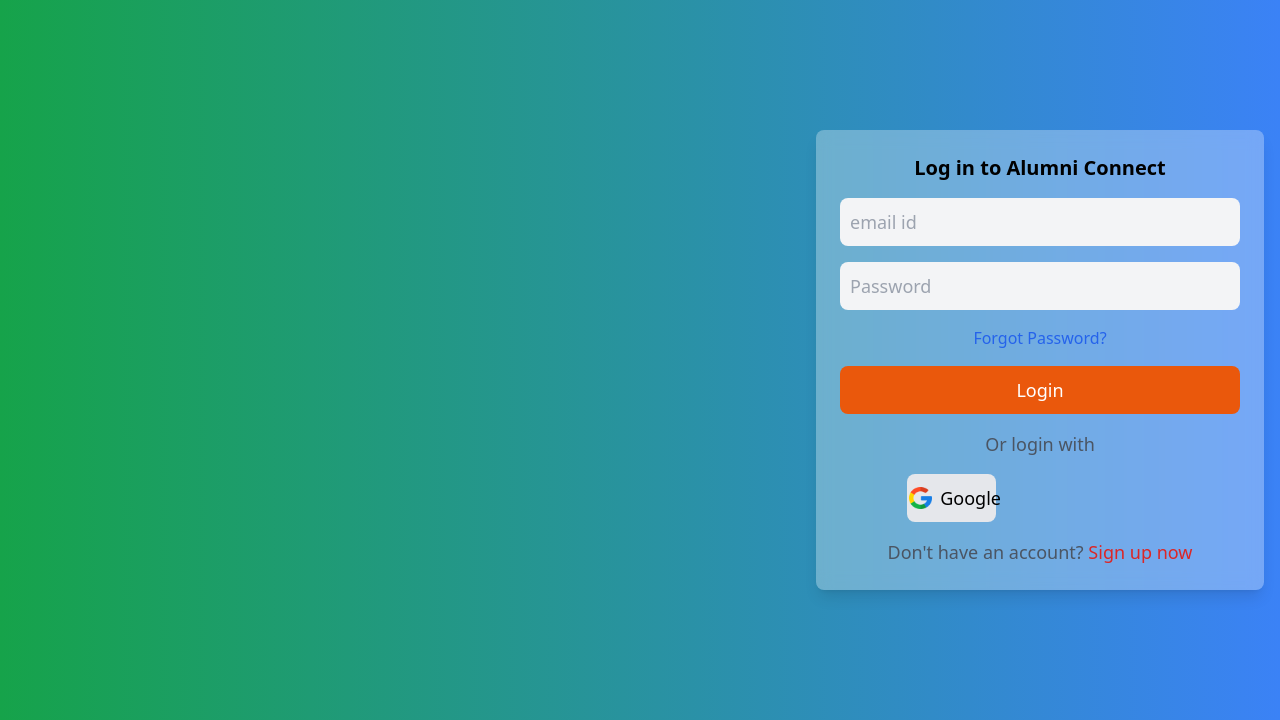
Repository: ptsdpatient/SIH24
Page: /login (app in frontend/)
An editor plug-in stored every save of this project. The page is shown before and after the next save, followed by the edit.
The browser window is 1280 px wide. The pictures show the whole page.
The page's requests for data from a server got no answer. Some web libraries are served in a nearby version. The project was rebuilt for these pictures with package versions that can differ from the ones it lists, and the page was loaded fresh each time. The framework's server and built-in components were replaced by stand-ins that run in the browser. No one was signed in, and anything a server would have sent is missing.

Above is the page before, as saved 2024-09-14 16:06:05.

After the next save:
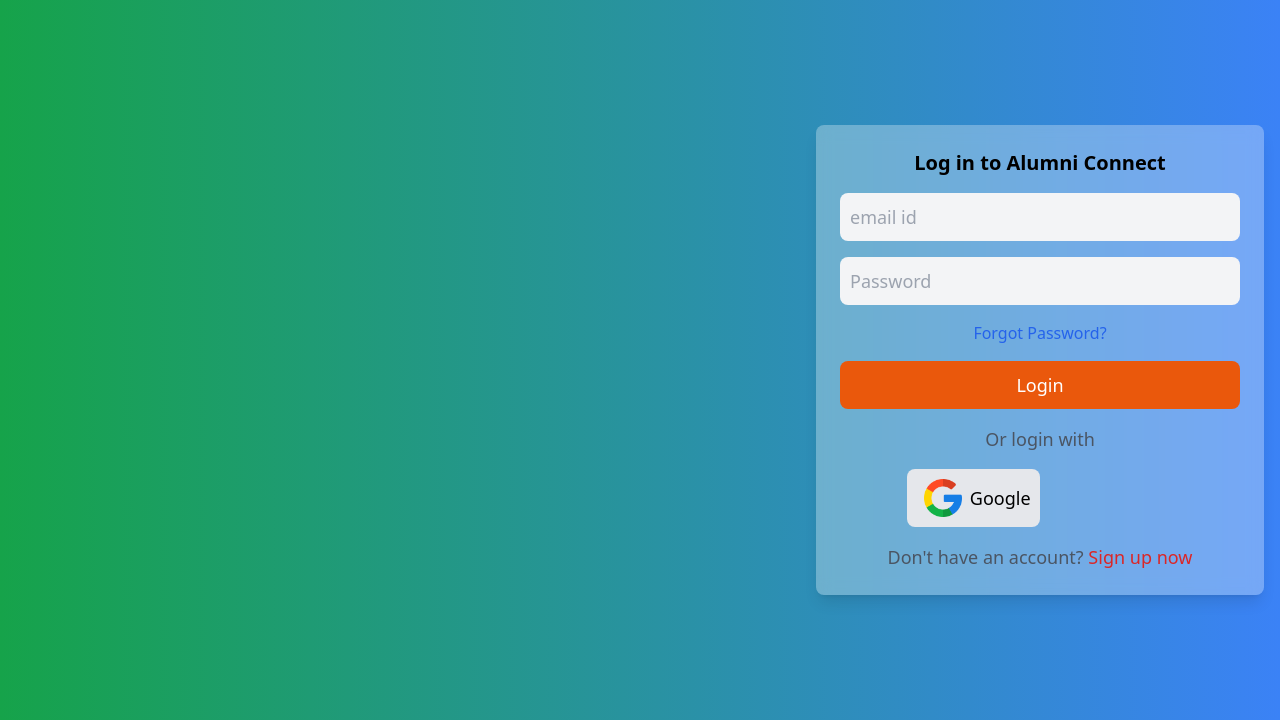
Saved 9 s later.
--- a/frontend/src/routes/login/+page.svelte
+++ b/frontend/src/routes/login/+page.svelte
@@ -96,7 +96,7 @@
                 <p id="suggest" class="text-gray-600 text-center text-lg mb-4">Or login with</p>
 
                 <div class="w-2/3 mx-auto flex flex-wrap justify-between">
-                  <button class="w-1/3 p-2.5 mb-4 border-none rounded-lg text-lg bg-gray-200 flex items-center justify-center">
+                  <button class="w-1/2 p-2.5 mb-4 border-none rounded-lg text-lg bg-gray-200 flex items-center justify-center">
                     <img class="w-1/3 mx-2" src="/icon/google.png" alt=""> Google
                   </button>
                 </div>
